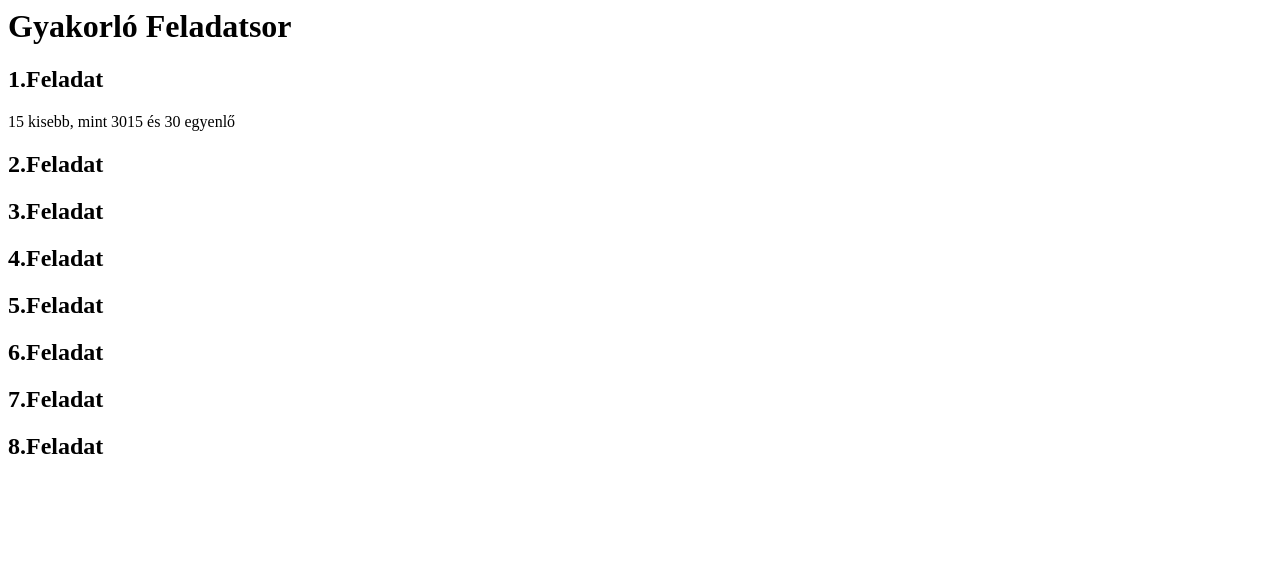
Repository: doomhyena/htdocs
Page: http://localhost/00.Home/03.harmadik.php
These files come from the project's save history. The page is drawn as it stood at one moment and after the next save; the edit follows.
The browser window is 1280 px wide. The pictures show the whole page.
The page is run by PHP 8.4 with error messages shown; the project is at /var/www/html/.

Above is the page before, as saved 2024-09-21 09:21:58.

After the next save:
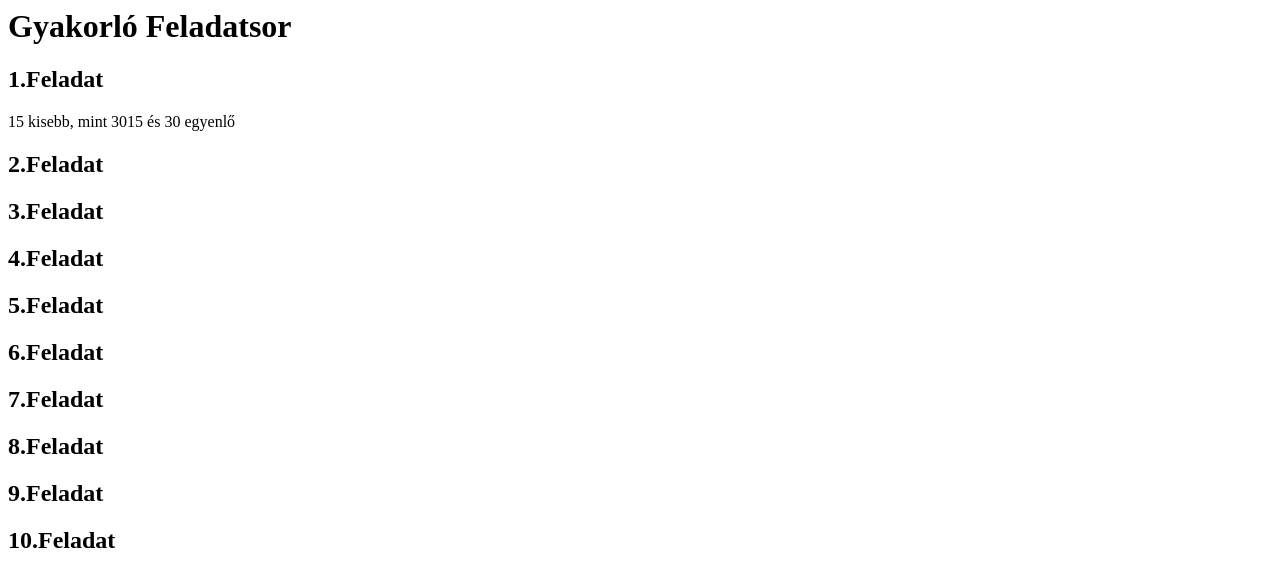
Saved 41 s later.
--- a/00.Home/03.harmadik.php
+++ b/00.Home/03.harmadik.php
@@ -44,3 +44,5 @@ echo "<h2>5.Feladat</h2>";
 echo "<h2>6.Feladat</h2>";
 echo "<h2>7.Feladat</h2>";
 echo "<h2>8.Feladat</h2>";
+echo "<h2>9.Feladat</h2>";
+echo "<h2>10.Feladat</h2>";
